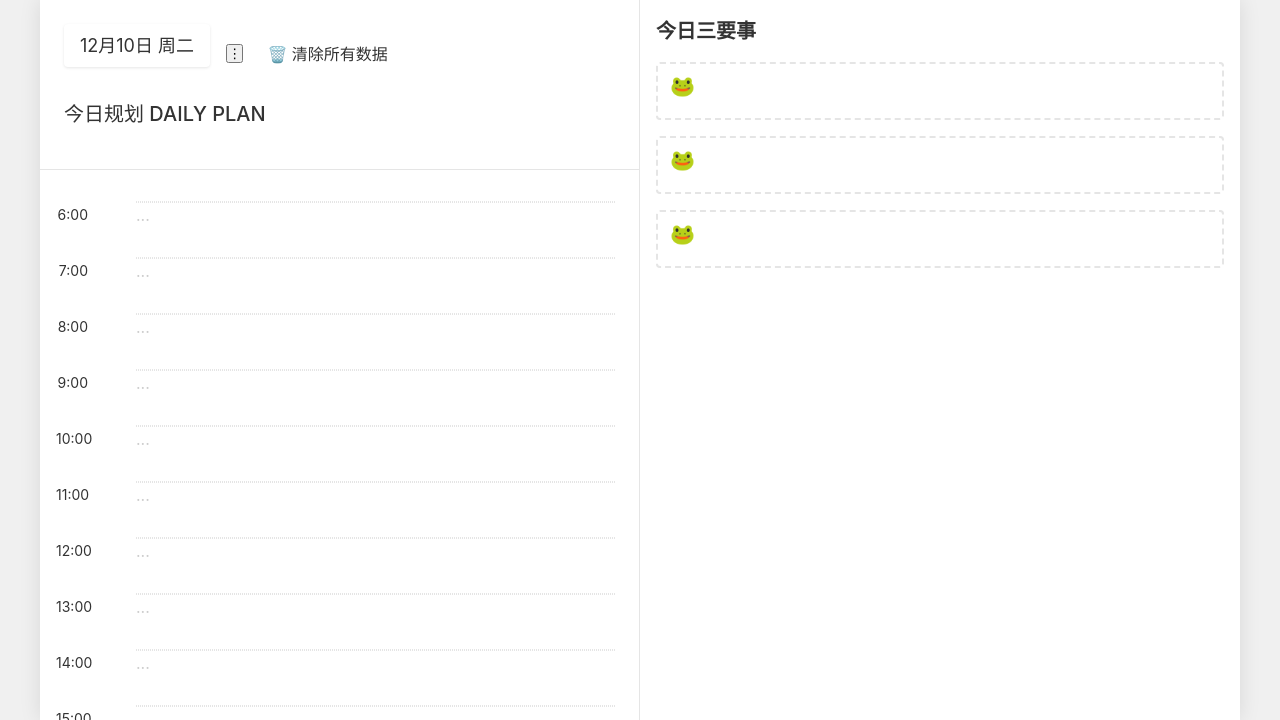
Repository: a6288a/Daily-Planner
Page: index.html
These files come from the project's save history. The page is drawn as it stood at one moment and after the next save; the edit follows.
The browser window is 1280 px wide. The pictures show the whole page.
An inner scrolling area shows only its first screen.

Above is the page before, as saved 2024-12-10 17:39:46.

### index.html
<!DOCTYPE html>
<html lang="zh">
<head>
    <meta charset="UTF-8">
    <meta name="viewport" content="width=device-width, initial-scale=1.0">
    <title>每日规划笔记本</title>
    <link rel="stylesheet" href="styles.css">
</head>
<body>
    <div class="container">
        <!-- 左侧时间轴区域 -->
        <div class="timeline-area">
            <!-- 顶部日期区域 -->
            <div class="date-header">
                <div class="header-controls">
                    <div class="current-date" id="current-date">
                        <!-- 日期将通过 JS 动态生成 -->
                    </div>
                    <button class="menu-trigger" id="menuTrigger">⋮</button>
                    <div class="header-menu" id="headerMenu">
                        <div class="menu-item danger" id="clearAllData">
                            <span class="menu-icon">🗑️</span>
                            <span>清除所有数据</span>
                        </div>
                    </div>
                </div>
                <h1 class="page-title">今日规划 DAILY PLAN</h1>
            </div>
            <div class="timeline-container" id="timeline-container">
                <!-- 时间轴将通过 JS 动态生成 -->
            </div>
        </div>

        <!-- 右侧区域 -->
        <div class="right-area">
            <!-- 三只青蛙区域 -->
            <div class="frogs-area">
                <h2 class="frogs-title">今日三要事</h2>
                <div class="frog-tasks">
                    <div class="frog-task">
                        <span class="frog-emoji">🐸</span>
                        <div class="task-content" data-index="0">点击设置重要事项</div>
                        <button class="task-clear" title="清除">×</button>
                    </div>
                    <div class="frog-task">
                        <span class="frog-emoji">🐸</span>
                        <div class="task-content" data-index="1">点击设置重要事项</div>
                        <button class="task-clear" title="清除">×</button>
                    </div>
                    <div class="frog-task">
                        <span class="frog-emoji">🐸</span>
                        <div class="task-content" data-index="2">点击设置重要事项</div>
                        <button class="task-clear" title="清除">×</button>
                    </div>
                </div>
            </div>

            <!-- 自由记录区域 -->
            <div class="free-area" id="free-area">
                <!-- 便签将通过 JS 动态生成 -->
            </div>
        </div>
    </div>
    <script src="script.js"></script>
</body>
</html>

### styles.css
:root {
    /* 纸张风格颜色变量 */
    --paper-color: #ffffff;
    --ink-color: #333333;
    --dot-color: #cccccc;
    --line-color: #e5e5e5;
    --accent-color: #4a90e2;

    /* 间距变量 */
    --spacing-unit: 8px;

    /* 字体变量 */
    --title-font: 'PingFang SC', -apple-system, BlinkMacSystemFont, 'Segoe UI', Roboto, sans-serif;
}

* {
    margin: 0;
    padding: 0;
    box-sizing: border-box;
}

body {
    font-family: var(--title-font);
    color: var(--ink-color);
    background-color: #f0f0f0;
    line-height: 1.5;
}

.container {
    display: grid;
    grid-template-columns: 1fr 1fr;
    min-height: 100vh;
    width: 100%;
    max-width: 1200px;
    margin: 0 auto;
    background: var(--paper-color);
    box-shadow: 0 0 20px rgba(0,0,0,0.1);
}

/* 日期头部样式 */
.date-header {
    padding: calc(var(--spacing-unit) * 3);
    border-bottom: 1px solid var(--line-color);
}

.page-title {
    font-size: 1.25rem;
    font-weight: 500;
    margin-bottom: calc(var(--spacing-unit) * 2);
    color: var(--ink-color);
}

.calendar {
    font-size: 0.75rem;
    color: var(--ink-color);
}

.month-grid {
    display: grid;
    grid-template-columns: repeat(12, 1fr);
    gap: 4px;
    margin-bottom: calc(var(--spacing-unit) * 2);
}

.weekday-row {
    display: grid;
    grid-template-columns: repeat(7, 1fr);
    gap: 4px;
}

/* 时间轴区域样式 */
.timeline-area {
    border-right: 1px solid var(--line-color);
    background: var(--paper-color);
    height: 100vh;
    overflow-y: auto;
    padding: 0;
}

.timeline-container {
    padding: calc(var(--spacing-unit) * 2);
}

.time-slot {
    position: relative;
    padding: calc(var(--spacing-unit) * 1.5) 0;
    margin-left: calc(var(--spacing-unit) * 6);
    min-height: 32px;
    display: flex;
    align-items: center;
}

.time-label {
    position: absolute;
    left: calc(var(--spacing-unit) * -6);
    top: 50%;
    transform: translateY(-50%);
    font-size: 0.875rem;
    color: var(--ink-color);
    width: calc(var(--spacing-unit) * 4);
    text-align: right;
}

.time-content {
    position: relative;
    flex: 1;
    margin-left: calc(var(--spacing-unit) * 3);
    min-height: 24px;
    padding: 4px 8px;
    cursor: text;
    z-index: 1;
}

/* 点状引导线 */
.time-content::before {
    content: '';
    position: absolute;
    left: calc(var(--spacing-unit) * -2);
    right: 8px;
    top: 50%;
    border-top: 1px dotted var(--dot-color);
    z-index: -1;
}

/* 时间轴内容的占位符 */
.time-content:empty::before {
    content: '...';
    color: var(--dot-color);
    position: absolute;
    left: 8px;
    top: 50%;
    transform: translateY(-50%);
    z-index: 0;
}

/* 时间轴内容的编辑状态 */
.time-content:focus {
    outline: none;
    background-color: rgba(74, 144, 226, 0.05);
}

.time-content:hover {
    background-color: rgba(0, 0, 0, 0.02);
}

/* 自由区域样式 */
.free-area {
    flex: 1;
    overflow: auto;
    padding: calc(var(--spacing-unit) * 2);
    position: relative;
    overflow: hidden;
}

.note {
    position: absolute;
    min-width: 200px;
    min-height: 120px;
    max-width: calc(100% - 20px);
    max-height: calc(100% - 20px);
    background: var(--paper-color);
    border-radius: 4px;
    padding: 0;
    box-shadow: 0 2px 4px rgba(0,0,0,0.1);
    user-select: none;
    transform: translate3d(0, 0, 0);
    transition: box-shadow 0.2s ease;
}

.note:hover {
    box-shadow: 0 4px 8px rgba(0,0,0,0.15);
}

.editable {
    width: 100%;
    height: 100%;
    border: none;
    resize: none;
    font-family: inherit;
    font-size: 0.9375rem;
    color: var(--text-primary);
    background: transparent;
    padding: 0;
}

.editable:focus {
    outline: none;
}

/* 响应式设计 */
@media (max-width: 768px) {
    .container {
        grid-template-columns: 1fr; /* 在小屏幕上堆叠显示 */
    }

    .timeline-area,
    .right-area {
        height: 50vh; /* 上下各占一半 */
    }

    .time-label {
        font-size: 0.75rem;
        left: calc(var(--spacing-unit) * -6);
    }

    .note {
        min-width: 160px;
        min-height: 100px;
    }
}

/* 滚动条美化 */
::-webkit-scrollbar {
    width: 8px;
}

::-webkit-scrollbar-track {
    background: var(--background-color);
}

::-webkit-scrollbar-thumb {
    background: var(--primary-light);
    border-radius: 4px;
}

::-webkit-scrollbar-thumb:hover {
    background: var(--primary-color);
}

/* 修改右侧区域结构 */
.right-area {
    display: flex;
    flex-direction: column;
    height: 100vh;
    background: var(--background-color);
}

/* 三只蛙区域样式 */
.frogs-area {
    background: var(--surface-color);
    padding: calc(var(--spacing-unit) * 2);
    box-shadow: var(--shadow-1);
    border-bottom: 1px solid var(--border-color);
}

.frogs-title {
    font-size: 1.25rem;
    color: var(--text-primary);
    margin-bottom: calc(var(--spacing-unit) * 2);
    display: flex;
    align-items: center;
    gap: var(--spacing-unit);
}

.frog-emoji {
    font-size: 1.25rem;
    line-height: 1;
}

.frog-tasks {
    display: grid;
    gap: calc(var(--spacing-unit) * 2);
    margin-bottom: var(--spacing-unit);
}

.frog-task {
    display: flex;
    align-items: center;
    gap: calc(var(--spacing-unit) * 2);
    padding: calc(var(--spacing-unit) * 1.5);
    background: var(--paper-color);
    border: 2px dashed var(--line-color);
    border-radius: 4px;
    min-height: calc(var(--spacing-unit) * 6);
    transition: all 0.2s ease;
    cursor: pointer;
}

.frog-task:hover {
    border-color: var(--accent-color);
    background-color: rgba(74, 144, 226, 0.05);
}

.task-content {
    flex: 1;
    color: var(--text-secondary);
}

.task-content.has-content {
    color: var(--ink-color);
}

.task-clear {
    opacity: 0;
    background: none;
    border: none;
    font-size: 1.2rem;
    color: var(--text-secondary);
    cursor: pointer;
    padding: 4px;
    transition: all 0.2s ease;
}

.frog-task:hover .task-clear {
    opacity: 0.6;
}

.task-clear:hover {
    opacity: 1 !important;
    color: #ff4444;
}

/* 修改自由区域样式 */
.free-area {
    flex: 1;
    overflow: auto;
    padding: calc(var(--spacing-unit) * 2);
    position: relative;
}

/* 响应式设计更新 */
@media (max-width: 768px) {
    .container {
        grid-template-columns: 1fr;
    }

    .timeline-area,
    .right-area {
        height: 50vh;
    }

    .frogs-area {
        padding: var(--spacing-unit);
    }

    .frog-tasks {
        gap: var(--spacing-unit);
    }

    .frog-task {
        padding: var(--spacing-unit);
        min-height: calc(var(--spacing-unit) * 5);
    }
}

/* 修改日期头部样式 */
.current-date {
    font-size: 1rem;
    color: var(--ink-color);
    margin-bottom: calc(var(--spacing-unit) * 2);
    cursor: pointer;
    display: inline-block;
    padding: 8px 16px;
    border-radius: 4px;
    background-color: var(--paper-color);
    box-shadow: 0 1px 3px rgba(0,0,0,0.1);
    transition: all 0.2s ease;
}

.current-date:hover {
    background-color: var(--line-color);
    box-shadow: 0 2px 5px rgba(0,0,0,0.15);
}

/* 修改签样式 */
.note {
    position: absolute;
    min-width: 200px;
    min-height: 120px;
    background: var(--paper-color);
    border-radius: 4px;
    padding: 0;
    box-shadow: 0 2px 4px rgba(0,0,0,0.1);
    user-select: none;
    transform: translate3d(0, 0, 0);
}

.note-header {
    padding: 8px;
    background-color: rgba(0, 0, 0, 0.02);
    border-top-left-radius: 4px;
    border-top-right-radius: 4px;
    border-bottom: 1px solid var(--line-color);
    cursor: grab;
}

.note-header:active {
    cursor: grabbing;
}

.note-content {
    padding: calc(var(--spacing-unit) * 2);
    min-height: 80px;
    user-select: text;
}

.note-header {
    display: flex;
    justify-content: flex-end;
    margin-bottom: var(--spacing-unit);
}

.delete-note {
    background: none;
    border: none;
    color: var(--ink-color);
    cursor: pointer;
    padding: 4px;
    opacity: 0.6;
    transition: opacity 0.2s;
}

.delete-note:hover {
    opacity: 1;
}

/* 修改青蛙任务样式 */
.frog-task {
    display: flex;
    align-items: flex-start;
    gap: calc(var(--spacing-unit) * 2);
    padding: calc(var(--spacing-unit) * 1.5);
    background: var(--paper-color);
    border: 2px dashed var(--line-color);
    border-radius: 4px;
    min-height: calc(var(--spacing-unit) * 6);
    transition: all 0.2s ease;
}

.frog-emoji {
    font-size: 1.25rem;
    line-height: 1;
}

.task-content {
    flex: 1;
    min-height: 24px;
    position: relative;
    pointer-events: none;
}

.task-content:empty::before {
    content: attr(data-placeholder);
    color: var(--dot-color);
    position: absolute;
    pointer-events: none;
}

/* 拖拽相关样式 */
.dragging {
    opacity: 0.5;
    cursor: grabbing;
}

.drag-over {
    border-color: var(--accent-color);
    background-color: rgba(74, 144, 226, 0.1);
    transform: scale(1.02);
}

/* 日期显示样式 */
.current-date {
    font-size: 1rem;
    color: var(--ink-color);
    margin-bottom: calc(var(--spacing-unit) * 2);
    cursor: pointer;
    display: inline-block;
    padding: 8px 16px;
    border-radius: 4px;
    background-color: var(--paper-color);
    box-shadow: 0 1px 3px rgba(0,0,0,0.1);
    transition: all 0.2s ease;
}

.current-date:hover {
    background-color: var(--line-color);
    box-shadow: 0 2px 5px rgba(0,0,0,0.15);
}

/* 便签内容样式 */
.note-content {
    min-height: 60px;
    outline: none;
    padding: 4px;
}

.note-content:focus {
    background-color: rgba(74, 144, 226, 0.05);
}

/* 日期选择器容器 */
.date-picker-container {
    position: relative;
    margin-bottom: calc(var(--spacing-unit) * 2);
}

.current-date {
    font-size: 1.125rem;
    color: var(--ink-color);
    cursor: pointer;
    display: inline-block;
    padding: 8px 16px;
    border-radius: 4px;
    background-color: var(--paper-color);
    box-shadow: 0 1px 3px rgba(0,0,0,0.1);
    transition: all 0.2s ease;
    user-select: none;
}

.current-date:hover {
    background-color: var(--line-color);
    box-shadow: 0 2px 5px rgba(0,0,0,0.15);
}

/* 自定义日期选择样式 */
input[type="date"] {
    position: absolute;
    top: 0;
    left: 0;
    opacity: 0;
    width: 100%;
    height: 100%;
    cursor: pointer;
}

.note {
    transition: transform 0.2s ease;
}

.dragging-to-frog {
    transform: scale(0.95);
    opacity: 0.8;
    cursor: move !important;
}

.dragging {
    opacity: 0.5;
}

.task-menu {
    position: absolute;
    background: white;
    border-radius: 4px;
    box-shadow: 0 2px 10px rgba(0,0,0,0.1);
    max-width: 300px;
    max-height: 400px;
    overflow-y: auto;
    z-index: 1000;
}

.menu-section {
    padding: 8px;
}

.menu-section h3 {
    font-size: 0.9rem;
    color: var(--text-secondary);
    margin-bottom: 8px;
}

.menu-item {
    padding: 8px;
    cursor: pointer;
    border-radius: 4px;
    transition: all 0.2s ease;
}

.menu-item:hover {
    background-color: rgba(74, 144, 226, 0.1);
}

.header-controls {
    display: flex;
    align-items: center;
    gap: 16px;
    margin-bottom: calc(var(--spacing-unit) * 2);
}

.clear-all-btn {
    padding: 8px 16px;
    background-color: #ff4444;
    color: white;
    border: none;
    border-radius: 4px;
    cursor: pointer;
    font-size: 0.875rem;
    transition: all 0.2s ease;
}

.clear-all-btn:hover {
    background-color: #ff6666;
}

Loaded but not shown: script.js (577 lines, source omitted)

After the next save:
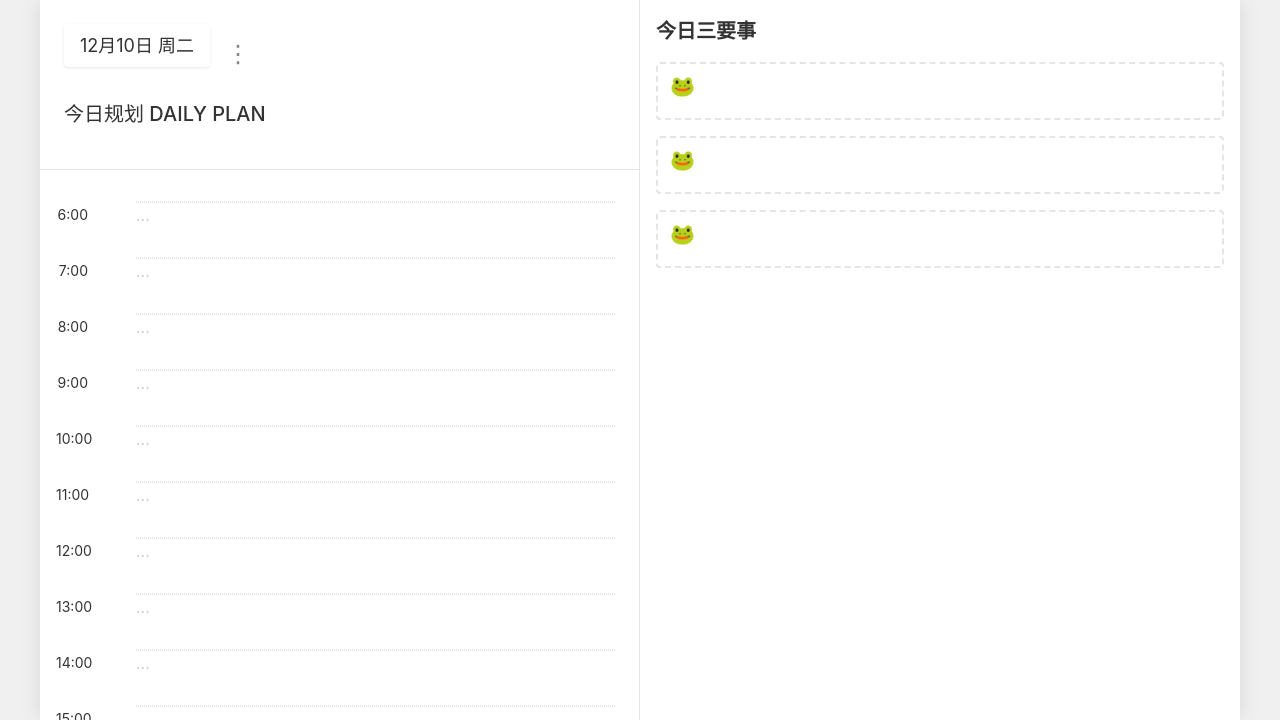
Saved 9 s later.
--- a/styles.css
+++ b/styles.css
@@ -590,3 +590,77 @@ input[type="date"] {
 .clear-all-btn:hover {
     background-color: #ff6666;
 }
+
+/* 菜单触发按钮样式 */
+.menu-trigger {
+    background: none;
+    border: none;
+    font-size: 1.5rem;
+    color: var(--ink-color);
+    cursor: pointer;
+    padding: 4px 8px;
+    border-radius: 4px;
+    transition: all 0.2s ease;
+    opacity: 0.6;
+}
+
+.menu-trigger:hover {
+    opacity: 1;
+    background-color: var(--line-color);
+}
+
+/* 头部菜单样式 */
+.header-menu {
+    position: absolute;
+    top: calc(100% + 4px);
+    right: 0;
+    background: var(--paper-color);
+    border-radius: 4px;
+    box-shadow: 0 2px 10px rgba(0,0,0,0.1);
+    min-width: 160px;
+    display: none;
+    z-index: 1000;
+}
+
+.header-menu.show {
+    display: block;
+}
+
+.header-menu .menu-item {
+    padding: 8px 16px;
+    display: flex;
+    align-items: center;
+    gap: 8px;
+    cursor: pointer;
+    transition: all 0.2s ease;
+}
+
+.header-menu .menu-item:hover {
+    background-color: var(--line-color);
+}
+
+.header-menu .menu-item.danger {
+    color: #ff4444;
+}
+
+.header-menu .menu-item.danger:hover {
+    background-color: #fff1f1;
+}
+
+.menu-icon {
+    font-size: 1.2em;
+}
+
+/* 修改 header-controls 样式 */
+.header-controls {
+    display: flex;
+    align-items: center;
+    gap: 8px;
+    margin-bottom: calc(var(--spacing-unit) * 2);
+    position: relative;
+}
+
+/* 移除原来的清除按钮样式 */
+.clear-all-btn {
+    display: none;
+}
